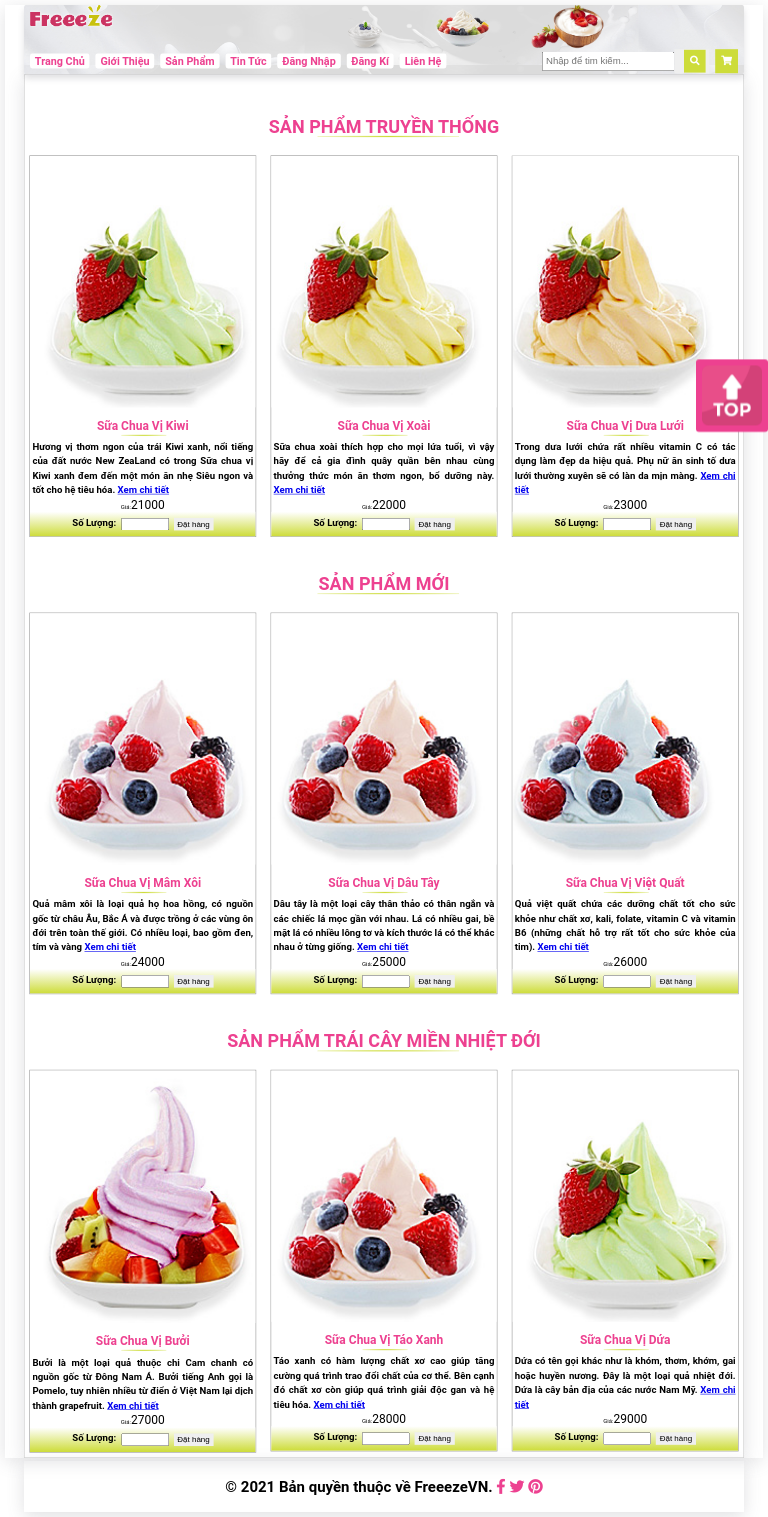
Repository: minh352623/lab1
Page: sanpham.html
The author's editor kept a copy of each file at every save. The page is drawn from the files as they stood at one save, then again after the next save.
The browser window is 1280 px wide. The pictures show the whole page, at 60% of full size.

Above is the page before, as saved 2022-03-12 23:43:25.

After the next save:
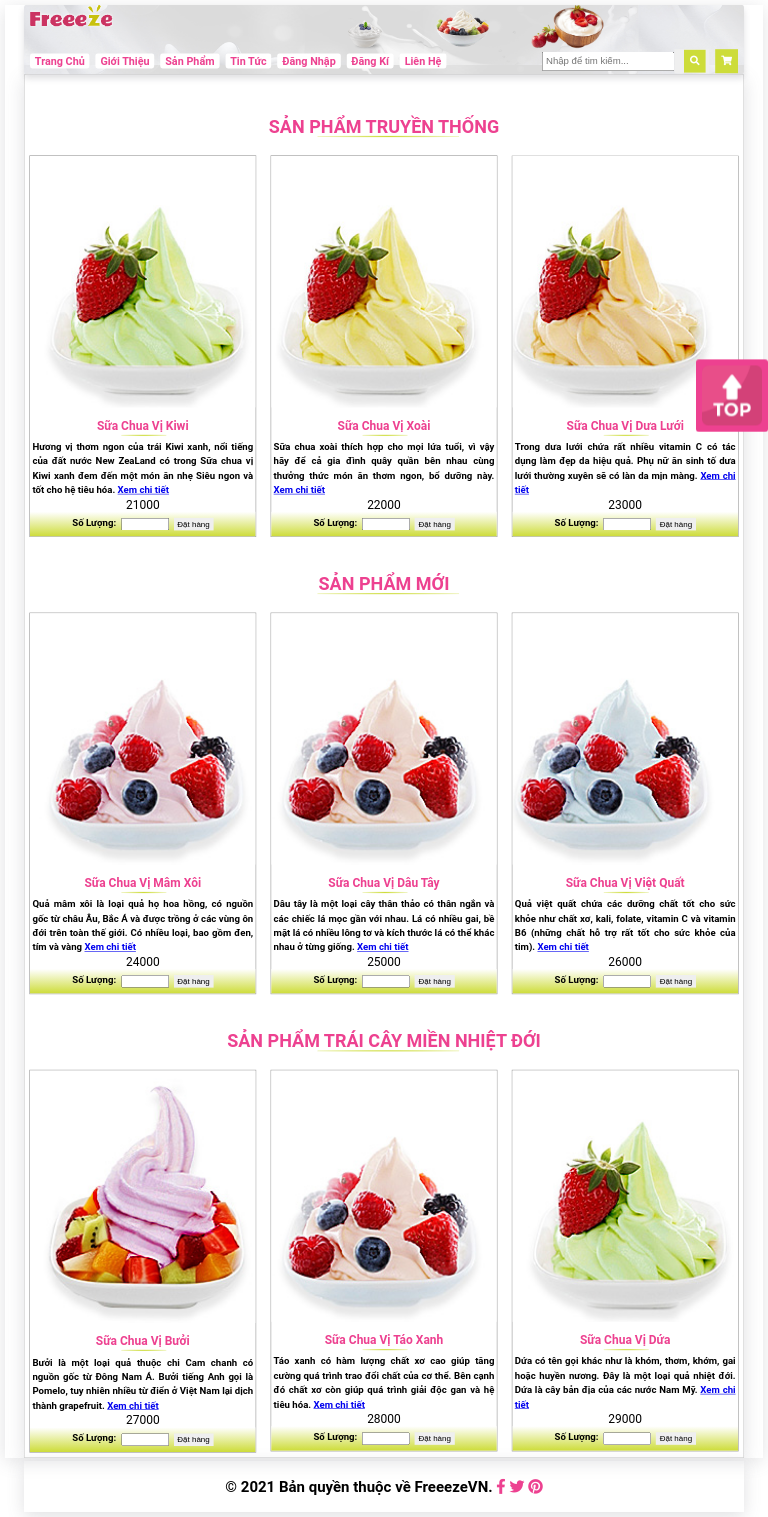
Saved 36 s later.
--- a/js/sanpham.js
+++ b/js/sanpham.js
@@ -100,7 +100,7 @@
                     <span name="title">${item.title}</span>
                     <a href="#">Xem chi tiết</a>
                 </p>
-                Giá:<span class="price" name="price">${item.price}</span>
+                <span class="price" name="price">${item.price}</span>
                 <div class="product__info-oder">
                     <span>Số Lượng:</span>
                     <input type="text" name="soluong" class="number">
